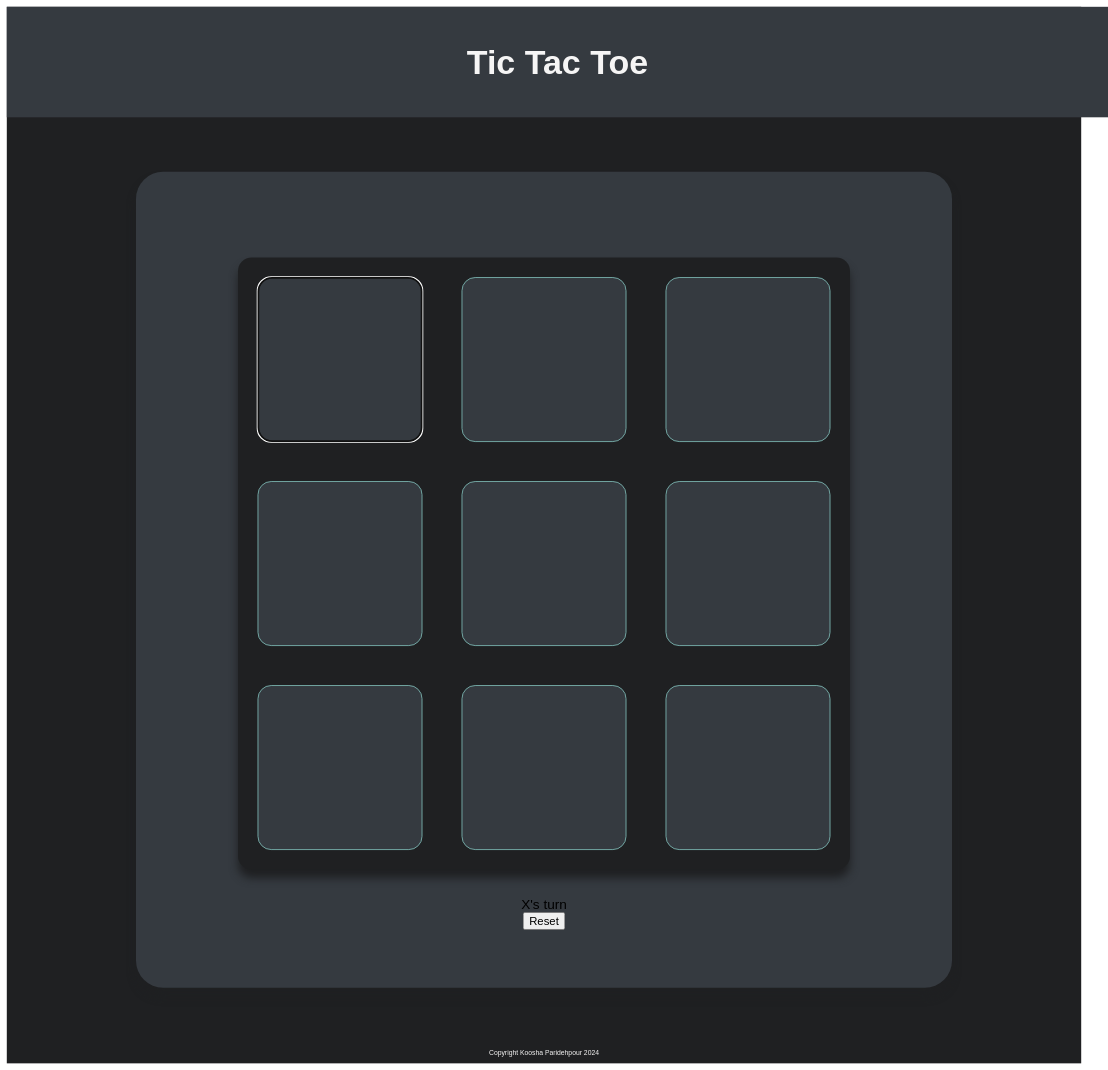
Repository: KooshaPari/odin-TTT
Page: index.html
An editor plug-in stored every save of this project. The page is shown before and after the next save, followed by the edit.
The browser window is 1280 px wide. The page is 1304 px wide, so the pictures cover 1304 px, including what lies to the right of the window. The pictures show the whole page, at 85% of full size.
The first visible `.square` has the focus.

Above is the page before, as saved 2024-03-14 23:08:00.

After the next save:
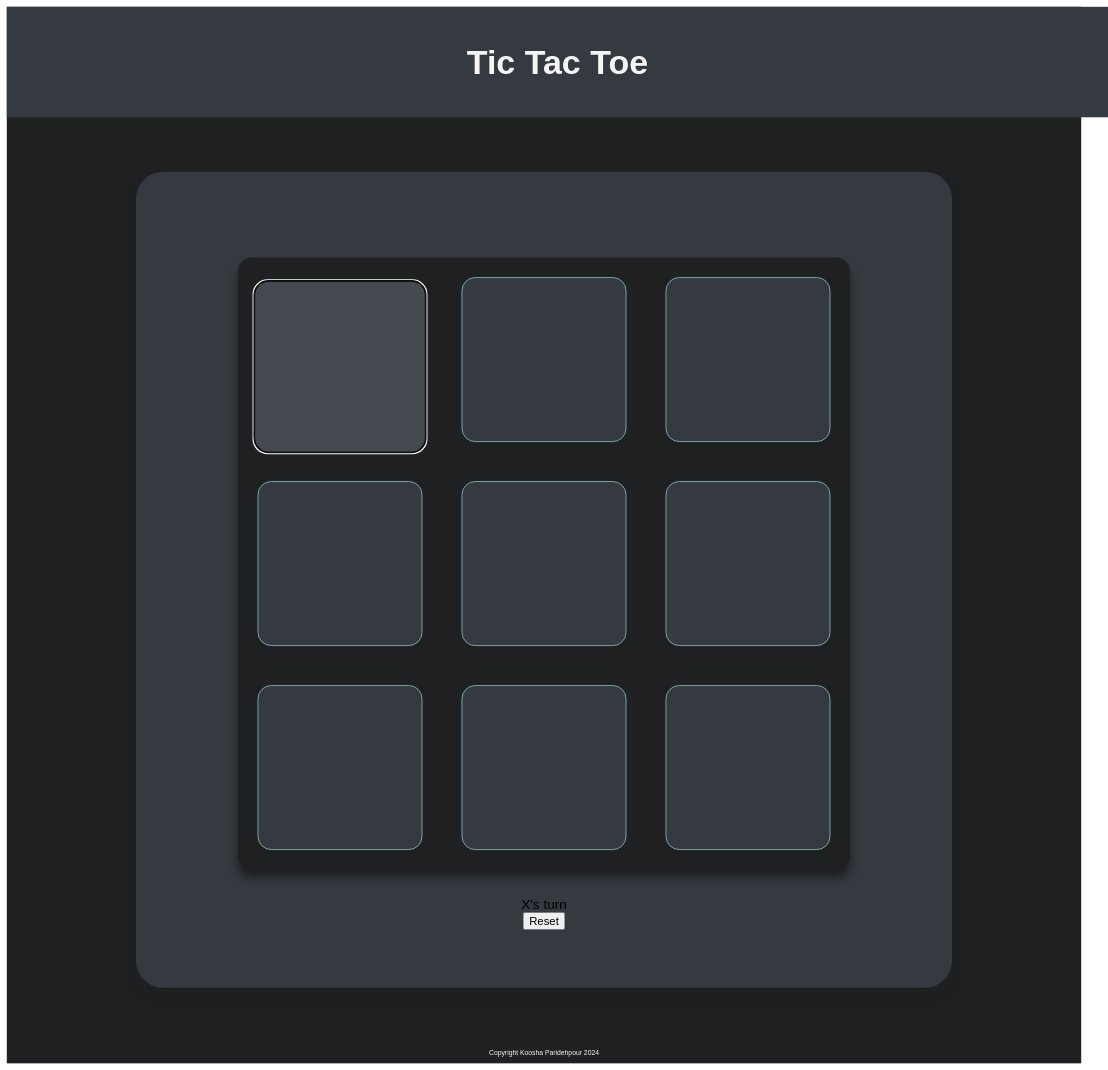
Saved 32 s later.
--- a/style.css
+++ b/style.css
@@ -139,3 +139,12 @@
   -ms-transform: scale(1.05) translate(0, -0.5em);
   -o-transform: scale(1.05) translate(0, -0.5em);
 }
+.square:focus {
+  transform: scale(1.05) translate(0, 0.5em);
+  background-color: #454a50;
+    transition 0.2s ease-in-out:;
+  -webkit-transform: scale(1.05) translate(0, 0.5em);
+  -moz-transform: scale(1.05) translate(0, 0.5em);
+  -ms-transform: scale(1.05) translate(0, 0.5em);
+  -o-transform: scale(1.05) translate(0, 0.5em);
+}
